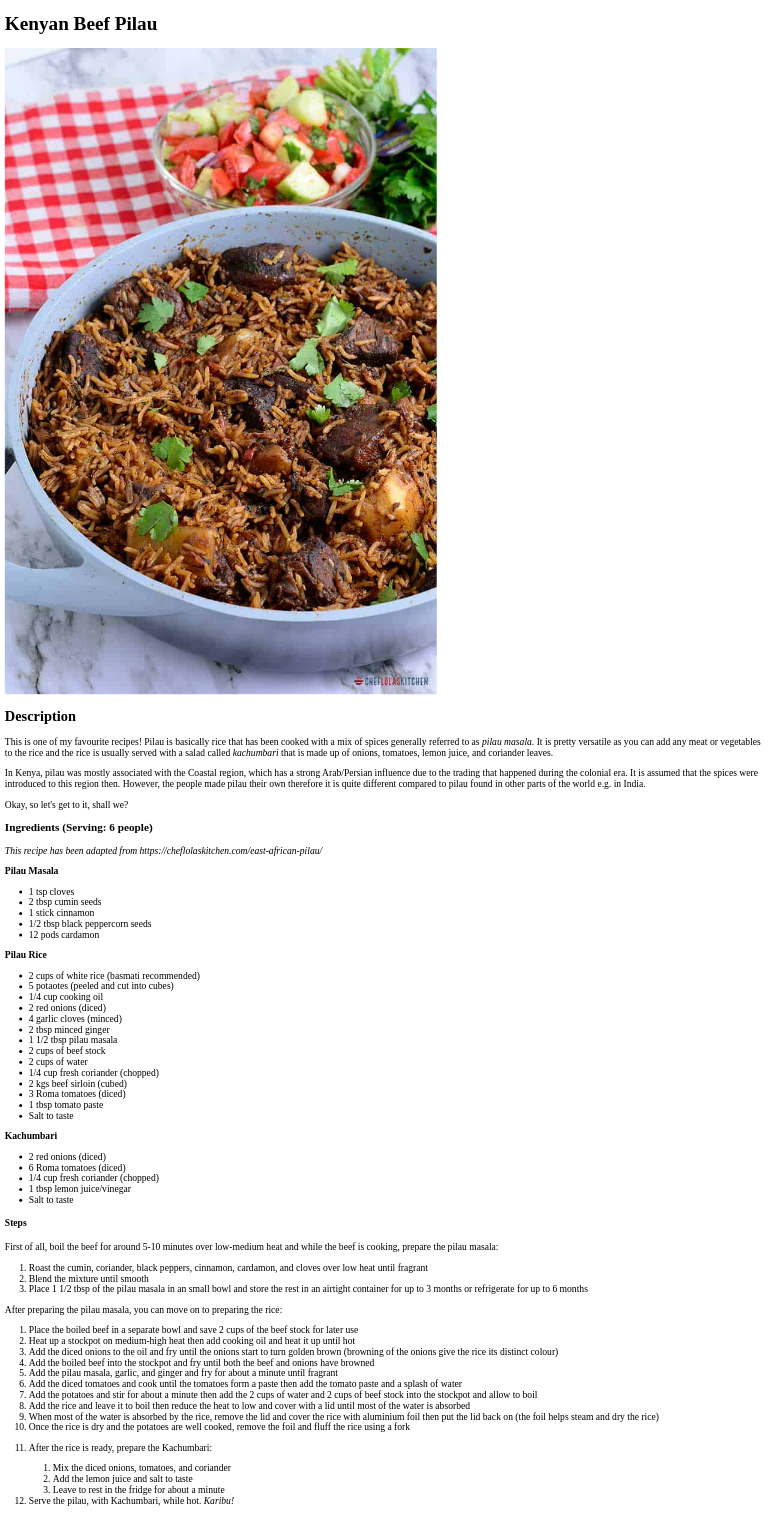
Repository: IanaAmke/odin-recipes
Page: recipes/pilau.html
The author's editor kept a copy of each file at every save. The page is drawn from the files as they stood at one save, then again after the next save.
The browser window is 1280 px wide. The pictures show the whole page, at 60% of full size.

Above is the page before, as saved 2022-06-05 19:14:21.

### recipes/pilau.html
<!DOCTYPE html>
<html lang="en-GB">

<head>
    <meta charset="UTF-8">
    <title>Pilau Recipe</title>
</head>

<body>
    <h1>Kenyan Beef Pilau</h1>

    <img src="./img/pilau.jpg" alt="beef pilau rice with potatoes">

    <h2>Description</h2>

    <p>This is one of my favourite recipes! Pilau is basically rice that has been cooked with a mix of spices generally referred to as <i>pilau masala</i>. It is pretty versatile as you can add any meat or vegetables to the rice and the rice is usually served
        with a salad called <i>kachumbari</i> that is made up of onions, tomatoes, lemon juice, and coriander leaves.</p>

    <p>In Kenya, pilau was mostly associated with the Coastal region, which has a strong Arab/Persian influence due to the trading that happened during the colonial era. It is assumed that the spices were introduced to this region then. However, the people
        made pilau their own therefore it is quite different compared to pilau found in other parts of the world e.g. in India.</p>

    <p>Okay, so let's get to it, shall we?</p>

    <h3>Ingredients (Serving: 6 people)</h3>
    <p><em>This recipe has been adapted from https://cheflolaskitchen.com/east-african-pilau/</em></p>

    <p><strong>Pilau Masala</strong></p>
    <ul>
        <li>1 tsp cloves</li>
        <li>2 tbsp cumin seeds</li>
        <li>1 stick cinnamon</li>
        <li>1/2 tbsp black peppercorn seeds</li>
        <li>12 pods cardamon</li>
    </ul>

    <p><strong>Pilau Rice</strong></p>
    <ul>
        <li>2 cups of white rice (basmati recommended)</li>
        <li>5 potaotes (peeled and cut into cubes)</li>
        <li>1/4 cup cooking oil</li>
        <li>2 red onions (diced)</li>
        <li>4 garlic cloves (minced)</li>
        <li>2 tbsp minced ginger</li>
        <li>1 1/2 tbsp pilau masala</li>
        <li>2 cups of beef stock</li>
        <li>2 cups of water</li>
        <li>1/4 cup fresh coriander (chopped)</li>
        <li>2 kgs beef sirloin (cubed)</li>
        <li>3 Roma tomatoes (diced)</li>
        <li>1 tbsp tomato paste</li>
        <li>Salt to taste</li>
    </ul>

    <p><strong>Kachumbari</strong></p>
    <ul>
        <li>2 red onions (diced)</li>
        <li>6 Roma tomatoes (diced)</li>
        <li>1/4 cup fresh coriander (chopped)</li>
        <li>1 tbsp lemon juice/vinegar</li>
        <li>Salt to taste</li>
    </ul>

    <h4>Steps</h4>

    <p>First of all, boil the beef for around 5-10 minutes over low-medium heat and while the beef is cooking, prepare the pilau masala:</p>
    <ol>
        <li>Roast the cumin, coriander, black peppers, cinnamon, cardamon, and cloves over low heat until fragrant</li>
        <li>Blend the mixture until smooth</li>
        <li>Place 1 1/2 tbsp of the pilau masala in an small bowl and store the rest in an airtight container for up to 3 months or refrigerate for up to 6 months</li>
    </ol>

    <p>After preparing the pilau masala, you can move on to preparing the rice:</p>
    <ol>
        <li>Place the boiled beef in a separate bowl and save 2 cups of the beef stock for later use</li>
        <li>Heat up a stockpot on medium-high heat then add cooking oil and heat it up until hot</li>
        <li>Add the diced onions to the oil and fry until the onions start to turn golden brown (browning of the onions give the rice its distinct colour)</li>
        <li>Add the boiled beef into the stockpot and fry until both the beef and onions have browned</li>
        <li>Add the pilau masala, garlic, and ginger and fry for about a minute until fragrant</li>
        <li>Add the diced tomatoes and cook until the tomatoes form a paste then add the tomato paste and a splash of water</li>
        <li>Add the potatoes and stir for about a minute then add the 2 cups of water and 2 cups of beef stock into the stockpot and allow to boil</li>
        <li>Add the rice and leave it to boil then reduce the heat to low and cover with a lid until most of the water is absorbed</li>
        <li>When most of the water is absorbed by the rice, remove the lid and cover the rice with aluminium foil then put the lid back on (the foil helps steam and dry the rice)</li>
        <li>Once the rice is dry and the potatoes are well cooked, remove the foil and fluff the rice using a fork</li>
        <li>
            <p>After the rice is ready, prepare the Kachumbari:</p>
            <ol>
                <li>Mix the diced onions, tomatoes, and coriander</li>
                <li>Add the lemon juice and salt to taste</li>
                <li>Leave to rest in the fridge for about a minute</li>
            </ol>
        </li>
        <li>Serve the pilau, with Kachumbari, while hot. <em>Karibu!</em></li>

</body>

</html>

After the next save:
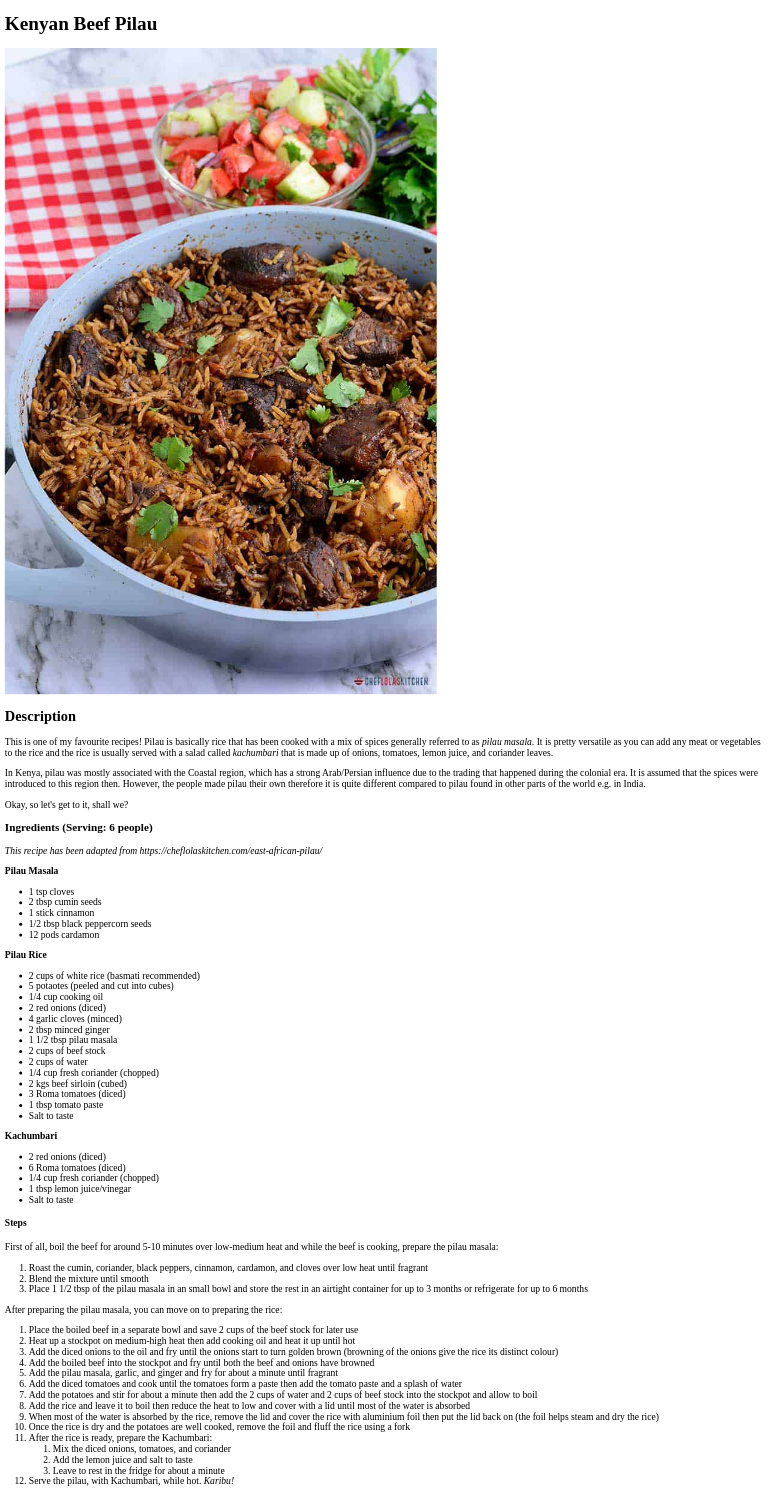
Saved 22 s later.
--- a/recipes/pilau.html
+++ b/recipes/pilau.html
@@ -81,8 +81,7 @@
         <li>Add the rice and leave it to boil then reduce the heat to low and cover with a lid until most of the water is absorbed</li>
         <li>When most of the water is absorbed by the rice, remove the lid and cover the rice with aluminium foil then put the lid back on (the foil helps steam and dry the rice)</li>
         <li>Once the rice is dry and the potatoes are well cooked, remove the foil and fluff the rice using a fork</li>
-        <li>
-            <p>After the rice is ready, prepare the Kachumbari:</p>
+        <li>After the rice is ready, prepare the Kachumbari:
             <ol>
                 <li>Mix the diced onions, tomatoes, and coriander</li>
                 <li>Add the lemon juice and salt to taste</li>
